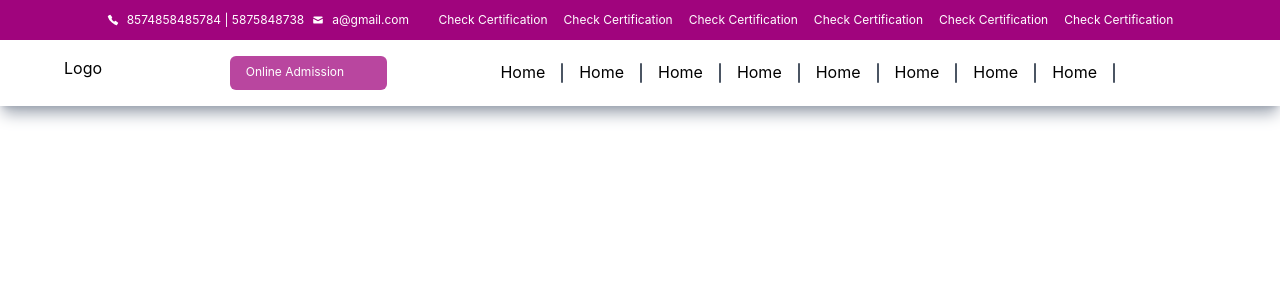
Repository: Sushant203/react-training-
Page: /
An editor plug-in stored every save of this project. The page is shown before and after the next save, followed by the edit.
The browser window is 1280 px wide. The pictures show the whole page.
The project was rebuilt for these pictures with package versions that can differ from the ones it lists, and the page was loaded fresh each time. Also part of the build but not shown: src/App.css, src/components/LowerNav.jsx, src/components/UpperNav.jsx.

Above is the page before, as saved 2022-12-19 09:54:46.

After the next save:
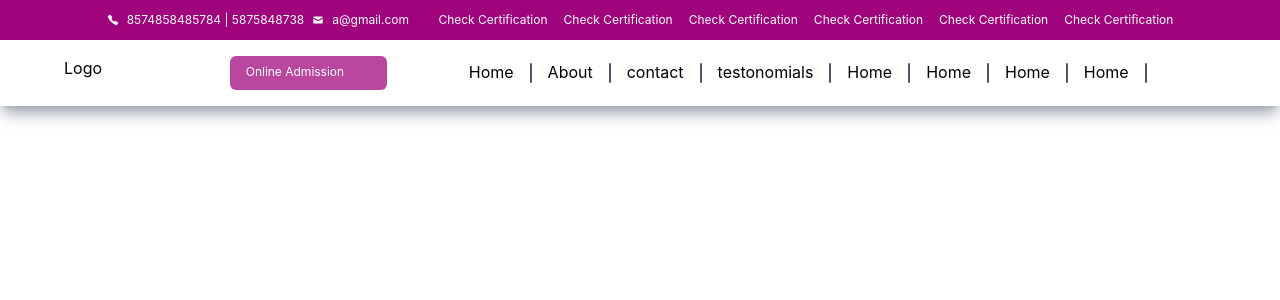
Saved 26 s later.
--- a/src/components/Naviagtion/Toolbar/Secondary.jsx
+++ b/src/components/Naviagtion/Toolbar/Secondary.jsx
@@ -6,13 +6,13 @@ function Secondary() {
       title: "Home",
     },
     {
-      title: "Home",
+      title: "About",
     },
     {
-      title: "Home",
+      title: "contact",
     },
     {
-      title: "Home",
+      title: "testonomials",
     },
     {
       title: "Home",
